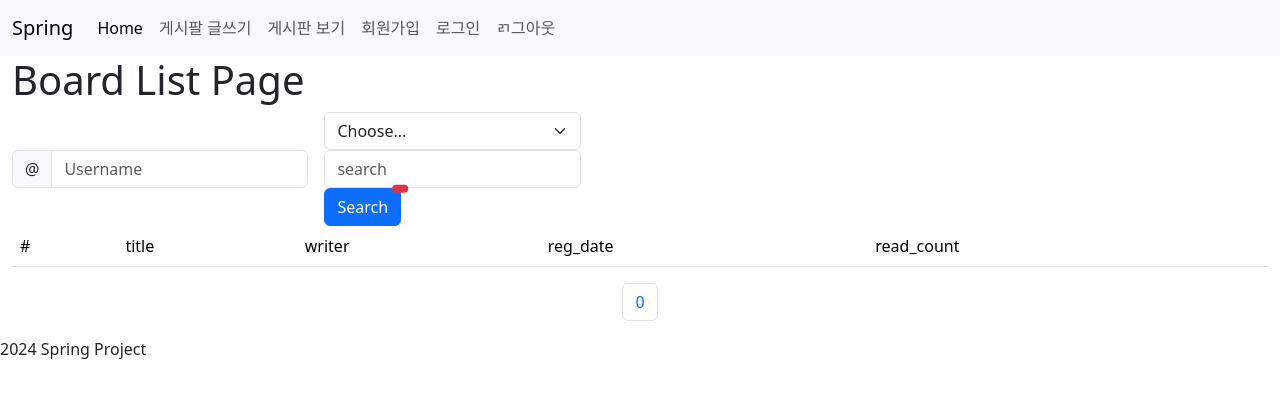
Repository: tkwkduddnd/SpringTest240430
Page: http://localhost/spring_study/WEB-INF/views/board/list.jsp
These files come from the project's save history. The page is drawn as it stood at one moment and after the next save; the edit follows.
The browser window is 1280 px wide. The pictures show the whole page.
The page is served by Tomcat 9. Nobody is signed in. The template is opened directly, without the code that normally fills it, so the values that code supplies are empty.

Above is the page before, as saved 2024-04-25 03:09:19.

After the next save:
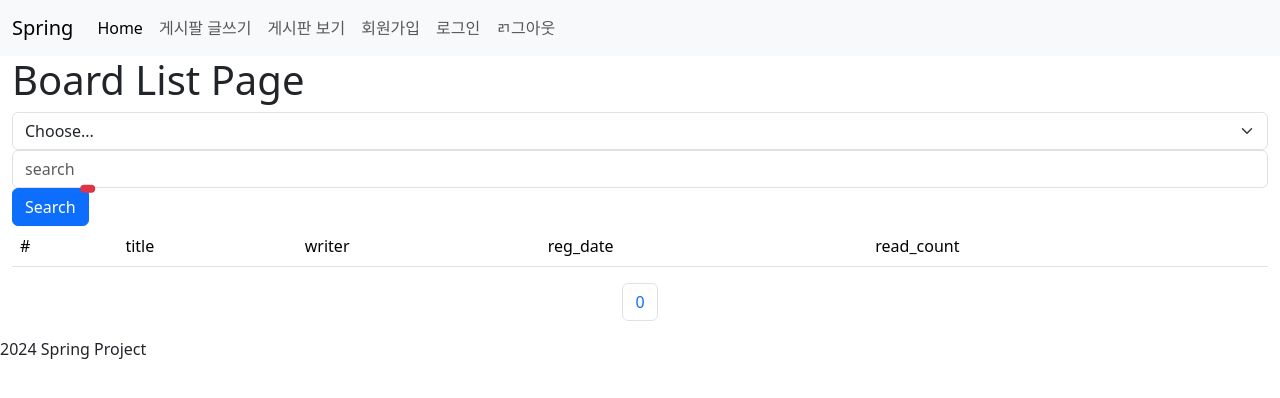
Saved 30 s later.
--- a/spring_study/src/main/webapp/WEB-INF/views/board/list.jsp
+++ b/spring_study/src/main/webapp/WEB-INF/views/board/list.jsp
@@ -6,14 +6,7 @@
 <div class="container-fluid">
 	<h1>Board List Page</h1>
 	<!-- 검색라인 -->
-	<form action="/board/list" method="get"  class="row row-cols-lg-auto g-3 align-items-center">
-  <div class="col-12">
-    <label class="visually-hidden" for="inlineFormInputGroupUsername">Username</label>
-    <div class="input-group">
-      <div class="input-group-text">@</div>
-      <input type="text" class="form-control" id="inlineFormInputGroupUsername" placeholder="Username">
-    </div>
-  </div>
+
   <div class="col-12">
     <label class="visually-hidden" for="inlineFormSelectPref">Preference</label>
     <select class="form-select" id="inlineFormSelectPref">
